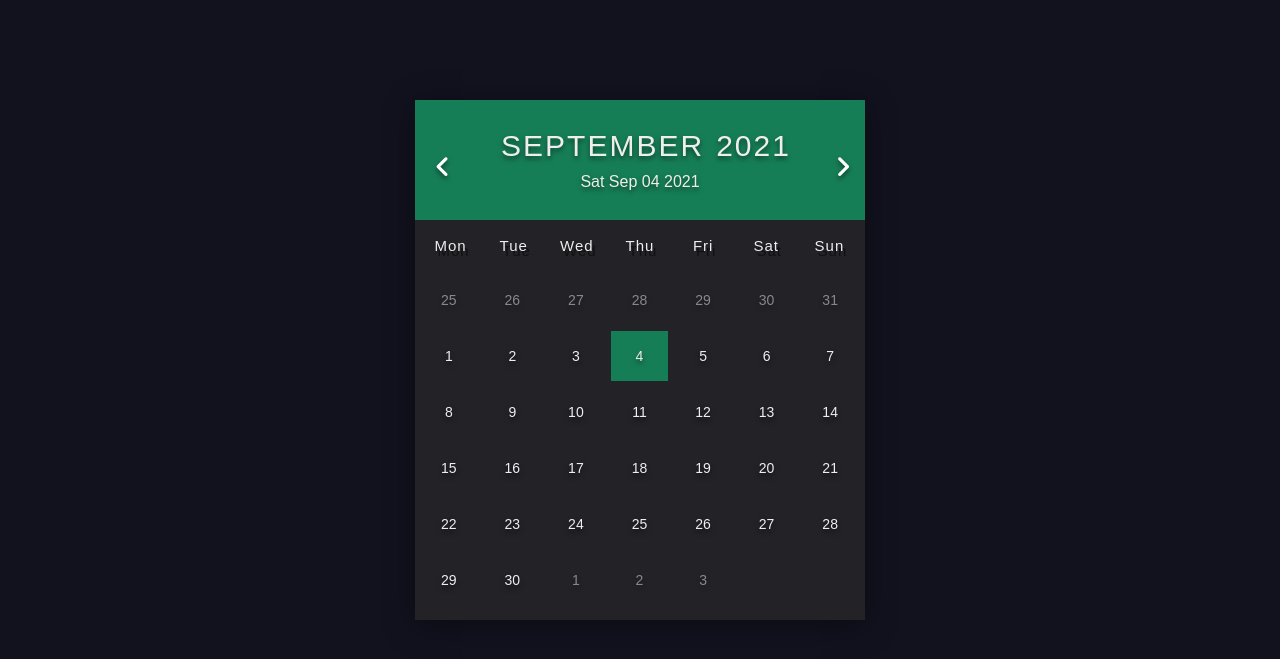
Repository: dboinska/calendar
Page: index.html
The author's editor kept a copy of each file at every save. The page is drawn from the files as they stood at one save, then again after the next save.
The browser window is 1280 px wide. The pictures show the whole page.
Some web libraries are served in a nearby version.

Above is the page before, as saved 2021-09-08 00:06:36.

### index.html
<!DOCTYPE html>
<html lang="en">
  <head>
    <meta charset="UTF-8" />
    <meta http-equiv="X-UA-Compatible" content="IE=edge" />
    <meta name="viewport" content="width=device-width, initial-scale=1.0" />
    <title>Calendar</title>
    <script
      src="https://kit.fontawesome.com/5567926149.js"
      crossorigin="anonymous"
    ></script>
    <link rel="stylesheet" href="style.css" />
  </head>
  <body>
    <div class="container">
      <div class="calendar">
        <div class="month">
          <i class="fas fa-angle-left prev"></i>
          <div class="date">
            <div class="header">
              <h1></h1>
              <h2></h2>
            </div>
            <p class="currentDate"></p>
          </div>
          <i class="fas fa-angle-right next"></i>
        </div>
        <div class="weekdays">
          <div>Mon</div>
          <div>Tue</div>
          <div>Wed</div>
          <div>Thu</div>
          <div>Fri</div>
          <div>Sat</div>
          <div>Sun</div>
        </div>
        <div class="days"></div>
      </div>
    </div>
    <script src="script.js"></script>
  </body>
</html>

### style.css
* {
  margin: 0;
  padding: 0;
  box-sizing: border-box;
  font-family: "Quicksand", sans-serif;
}

html {
  font-size: 62.5%;
}

.container {
  width: 100%;
  height: 100vh;
  background-color: #12121f;
  color: #eee;
  display: flex;
  justify-content: center;
  align-items: center;
}

.calendar {
  width: 45rem;
  height: 52rem;
  background-color: #222227;
  box-shadow: 0 0.5rem 3rem rgba(0, 0, 0, 0.4);
}

.fas {
  height: 10px;
  width: 10px;
  color: white;
}

.month {
  width: 100%;
  height: 12rem;
  background-color: #167e56;
  display: flex;
  justify-content: space-between;
  align-items: center;
  padding: 0 2rem;
  text-align: center;
  text-shadow: 0 0.3rem 0.5rem rgba(0, 0, 0, 0.5);
}

.month i {
  font-size: 2.5rem;
  cursor: pointer;
}

.month h1,
h2 {
  font-size: 3rem;
  font-weight: 400;
  text-transform: uppercase;
  letter-spacing: 0.2rem;
  margin-bottom: 1rem;
  padding-left: 1.2rem;
}

.month p {
  font-size: 1.6rem;
}

.weekdays {
  width: 100%;
  height: 5rem;
  padding: 0 0.4rem;
  display: flex;
  align-items: center;
}

.weekdays div {
  font-size: 1.5rem;
  font-weight: 400;
  letter-spacing: 0.1rem;
  width: calc(44.2rem / 7);
  display: flex;
  justify-content: center;
  align-items: center;
  text-shadow: 0.3rem 0.5rem rgba(0, 0, 0, 0.5);
}

.days {
  width: 100%;
  display: flex;
  flex-wrap: wrap;
  padding: 0.2rem;
}

.days div {
  font-size: 1.4rem;
  margin: 0.3rem;
  width: calc(40.3rem / 7);
  height: 5rem;
  display: flex;
  justify-content: center;
  align-items: center;
  text-shadow: 0 0.3rem 0.5rem rgba(0, 0, 0, 0.5);
  transition: all 0.5s ease;
}

.days div:hover:not(.today) {
  background-color: #777;
  color: black;
  cursor: pointer;
  transition: all 0.5s ease;
}

.prev-date,
.next-date {
  opacity: 0.5;
}

.header {
  display: flex;
}

.clickedDay {
  background-color: #167e56;
}

p.currentDate {
  cursor: pointer;
}

### script.js
// const monthDays = document.querySelector(".days");
const date = new Date();
const renderCalendar = () => {
  const monthDays = document.querySelector(".days");
  const d = new Date(date.getFullYear(), date.getMonth() + 1, 0);
  const lastDay = new Date(
    date.getFullYear(),
    date.getMonth() + 1,
    0
  ).getDate();
  const prevLastDay = new Date(
    date.getFullYear(),
    date.getMonth(),
    0
  ).getDate();
  const firstDayIndex = date.getDay();
  const lastDayIndex = new Date(
    date.getFullYear(),
    date.getMonth(),
    0
  ).getDay();
  //console.log(lastDayIndex);
  //console.log(lastDay);

  const nextDays = 7 - lastDayIndex - 1;
  const months = [
    "January",
    "February",
    "March",
    "April",
    "May",
    "June",
    "July",
    "August",
    "September",
    "October",
    "November",
    "December",
  ];

  document.querySelector(".date h1").textContent = months[date.getMonth()];
  document.querySelector(".date h2").textContent = date.getFullYear();
  document.querySelector(".date p").textContent = new Date().toDateString();

  // monthDays = "";
  //let days = "";

  monthDays.replaceChildren();

  if (lastDayIndex !== 0) {
    for (let x = firstDayIndex + 1; x > 0; x--) {
      const div = document.createElement("div");
      div.textContent = prevLastDay - x + 1;
      div.className = "prev-date";
      monthDays.appendChild(div);
      //days += `<div class="prev-date">${prevLastDay - x + 1}</div>`;
    }
    //  console.log(firstDayIndex - 1, "nie poniedziałek");
  }

  for (let i = 1; i < lastDay + 1; i++) {
    if (
      i === new Date().getDate() &&
      date.getMonth() === new Date().getMonth()
    ) {
      const div = document.createElement("div");
      div.textContent = i;
      div.className = "today clickedDay";
      monthDays.appendChild(div);
      //days += `<div class="today">${i}</div>`;
    } else {
      let div = document.createElement("div");
      div.textContent = i;
      monthDays.appendChild(div);
      // days += `<div>${i}</div>`;
    }

    //monthDays.innerHTML = days;
  }
  // console.log(
  //   "next days",
  //   nextDays,
  //   "last day index",
  //   lastDayIndex,
  //   "firstdayindex",
  //   firstDayIndex,
  //   "prevlastday",
  //   prevLastDay,
  //   "d",
  //   d.getDay()
  // );
  //for (let j = 1; j <= nextDays - 1; j++) {

  if (d.getDay() !== 0) {
    for (let j = 1; j <= 7 - d.getDay(); j++) {
      console.log(d.getDay(), j);
      let div = document.createElement("div");
      div.textContent = j;
      div.className = "next-date";
      monthDays.appendChild(div);
      // days += `<div class="next-date">${j}</div>`;
      //monthDays.innerHTML = days;
    }
  }

  monthDays.addEventListener("click", (event) => {
    //console.log(event.currentTarget, event.target.textContent);

    const today = document.querySelector(".today");
    if (today) {
      today.classList.remove("clickedDay");
    }
    const findClickedDay = [...monthDays.childNodes].find((day) => {
      return day.classList.contains("clickedDay");
    });
    if (
      findClickedDay &&
      !event.target.classList.contains("days") &&
      !event.target.classList.contains("prev-date") &&
      !event.target.classList.contains("next-date")
    ) {
      findClickedDay.classList.remove("clickedDay");
    }

    if (
      !event.target.classList.contains("days") &&
      !event.target.classList.contains("prev-date") &&
      !event.target.classList.contains("next-date")
    ) {
      event.target.classList.add("clickedDay");
    }
  });
  // const days = [...document.querySelectorAll(".days div")];
  // function clickDay(day) {
  //   days.addEventListener("click", () => {
  //     day.classList.add("clickedDay");
  //   });
  // }
  // console.log(days);
};
// date.setDate(1);
// console.log(date.getDay());
// const month = date.getMonth();
// console.log(month);

function backToPrevMonth() {
  date.setMonth(date.getMonth() - 1);
  //console.log("month", date.getMonth());
  renderCalendar();
}

function goToNextMonth() {
  date.setMonth(date.getMonth() + 1);
  //console.log("month", date.getMonth());
  renderCalendar();
}

const prevMonth = document.querySelector(".prev");
const nextMonth = document.querySelector(".next");

prevMonth.addEventListener("click", backToPrevMonth);

document.addEventListener("keydown", function (e) {
  if (e.keyCode == "37") {
    backToPrevMonth();
  }
});

nextMonth.addEventListener("click", goToNextMonth);

document.addEventListener("keydown", function (e) {
  if (e.keyCode == "39") {
    goToNextMonth();
  }
});

const currentDate = document.querySelector(".currentDate");

currentDate.addEventListener("click", (event) => {
  //console.log(" p clicked");
  const today = document.querySelector(".today");
  const monthDays = document.querySelector(".days");

  const findClickedDay = [...monthDays.childNodes].find((day) => {
    return day.classList.contains("clickedDay");
  });
  if (findClickedDay) {
    findClickedDay.classList.remove("clickedDay");
    today.classList.add("clickedDay");
  }
});

renderCalendar();

After the next save:
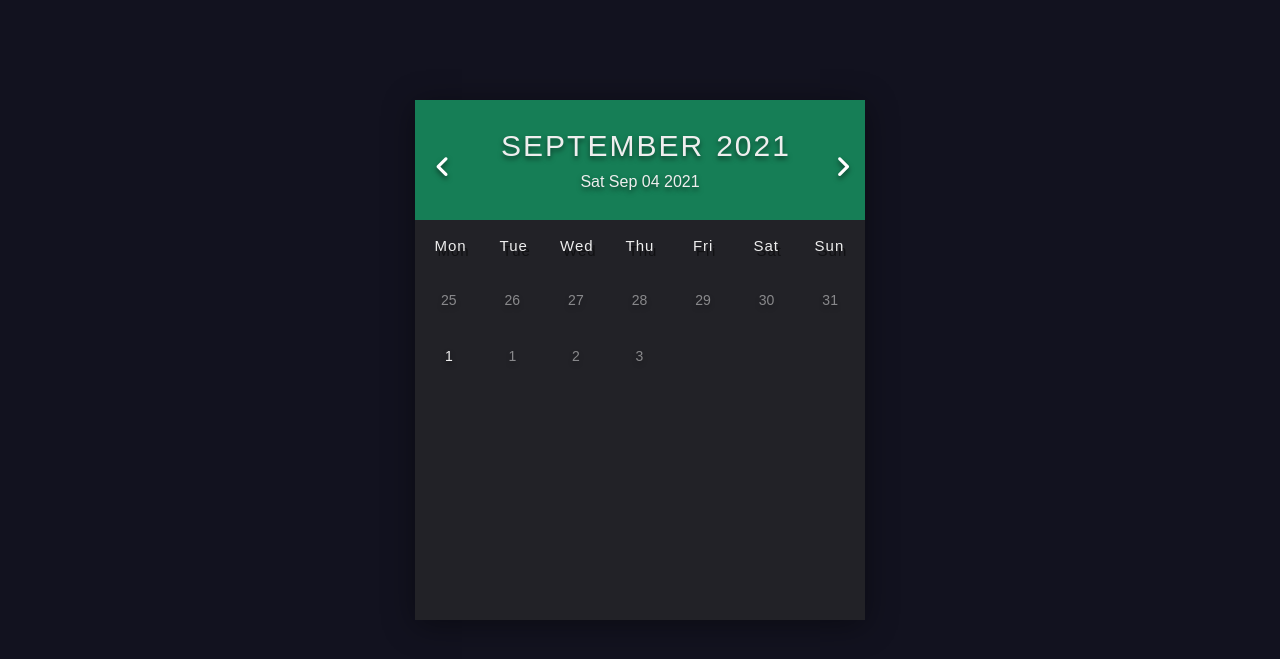
Saved 9 s later.
--- a/script.js
+++ b/script.js
@@ -58,7 +58,7 @@
     //  console.log(firstDayIndex - 1, "nie poniedziałek");
   }
 
-  for (let i = 1; i < lastDay + 1; i++) {
+  for (let i = 1; i < 2; i++) {
     if (
       i === new Date().getDate() &&
       date.getMonth() === new Date().getMonth()

After the save that followed:
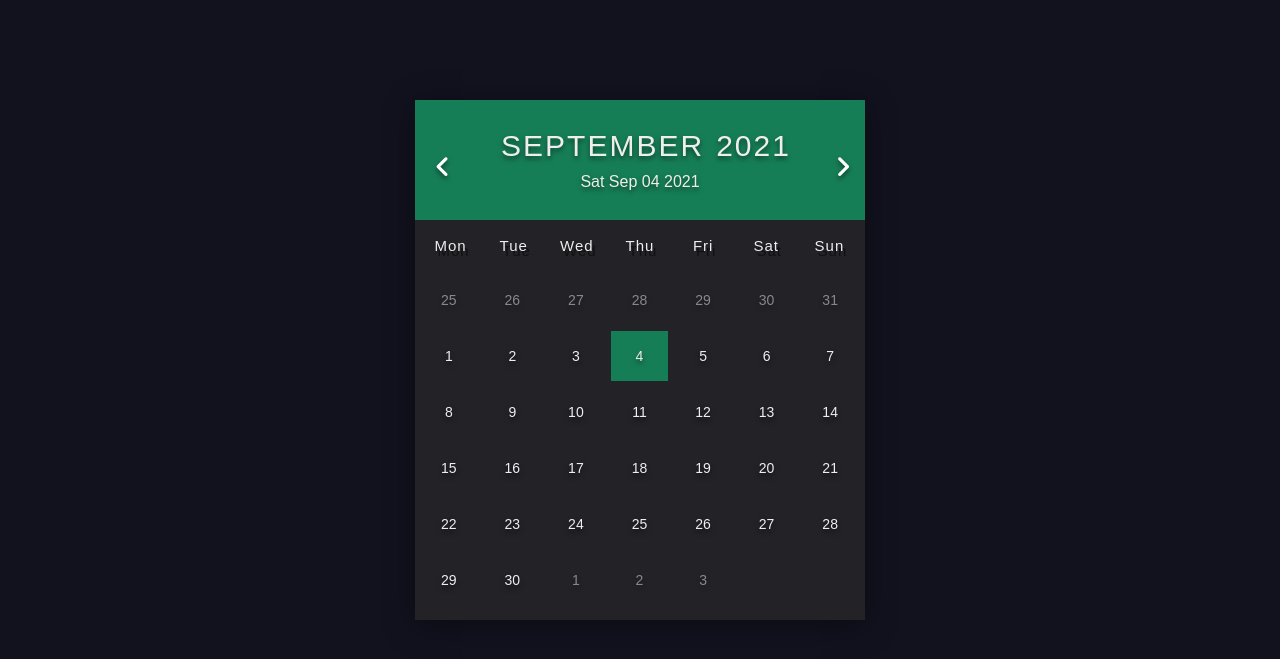
Saved 5 s later.
--- a/script.js
+++ b/script.js
@@ -58,7 +58,7 @@
     //  console.log(firstDayIndex - 1, "nie poniedziałek");
   }
 
-  for (let i = 1; i < 2; i++) {
+  for (let i = 1; i < lastDay + 1; i++) {
     if (
       i === new Date().getDate() &&
       date.getMonth() === new Date().getMonth()
